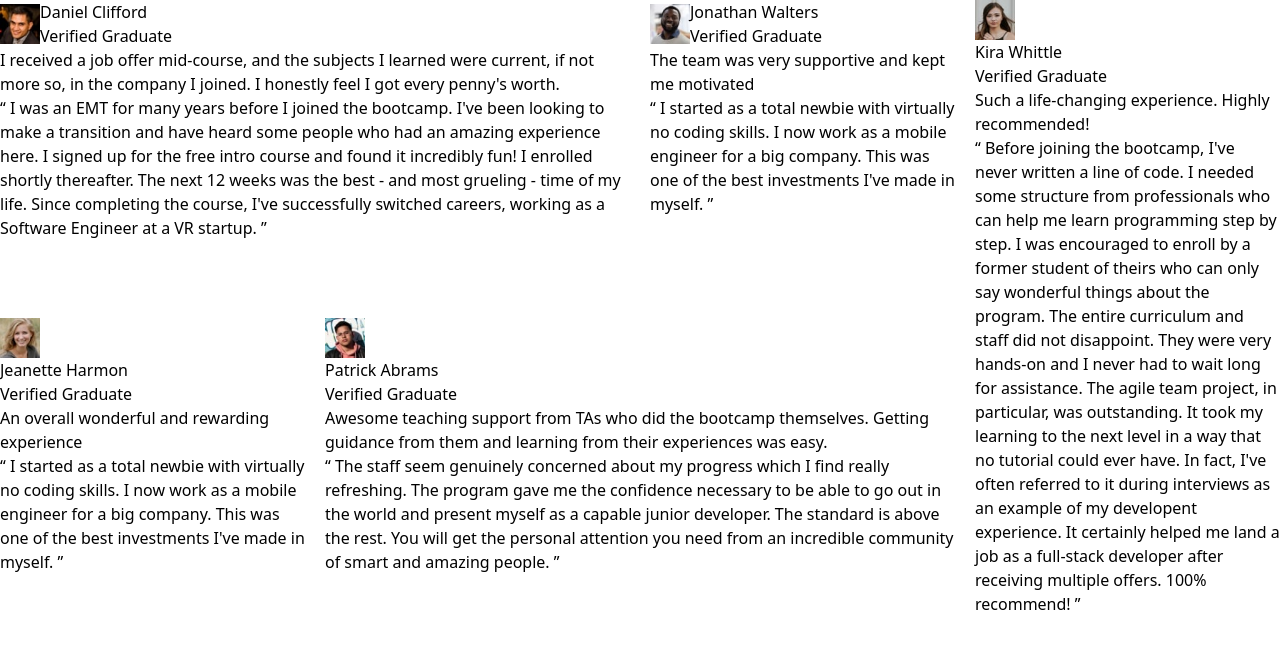
Repository: DiyBookOfLife/ps-FrontendMentor
Page: index.html
An editor plug-in stored every save of this project. The page is shown before and after a run of saves, followed by the edit.
The browser window is 1280 px wide. The pictures show the whole page.
Some web libraries are served in a nearby version.

Above is the page before, as saved 2026-01-02 13:36:17.

After the next 2 saves:
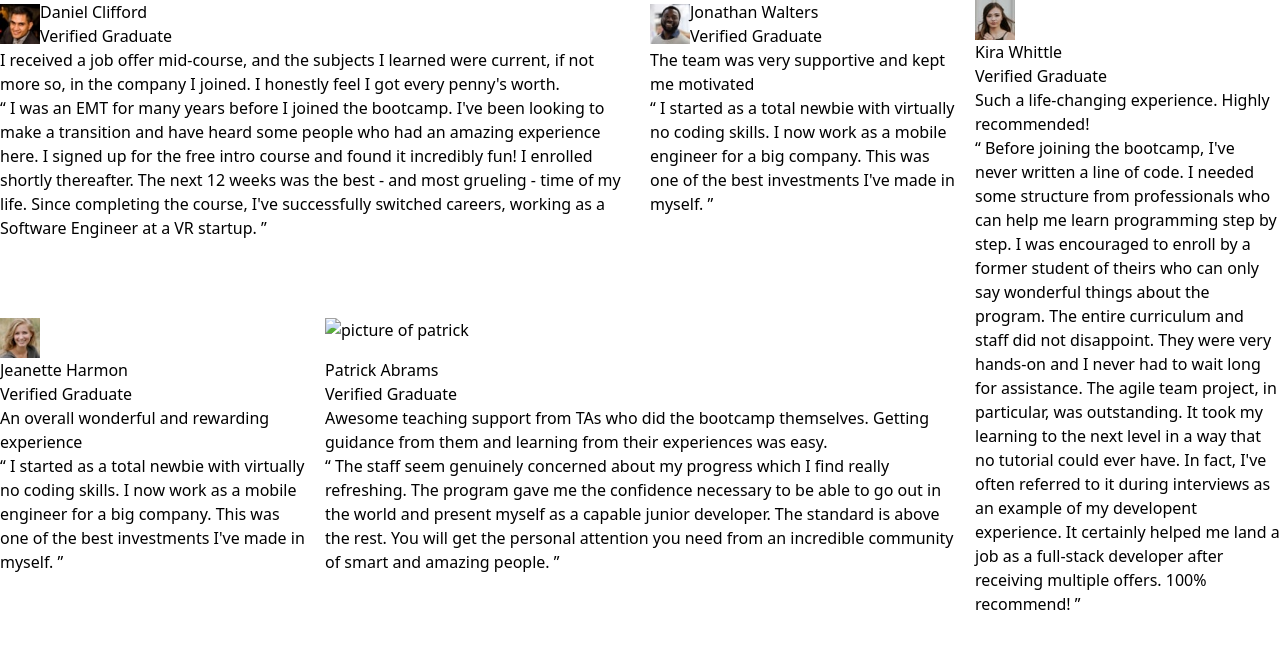
The 2 saves are shown as one change because they came seconds apart.
The last was saved 34 s later.
--- a/index.html
+++ b/index.html
@@ -89,7 +89,7 @@
 
       <div class="col-start-2 col-end-4">
         <div class="col-start-1 col-end-3">
-          <img class="h-[40px]" src="./images/image-patrick.jpg" alt="picture of patrick">
+          <img class="h-[40px] src="./images/image-patrick.jpg" alt="picture of patrick">
           <div class="flex flex-col justify-center">
             <div>Patrick Abrams</div>
             <div>Verified Graduate</div>

After the save that followed:
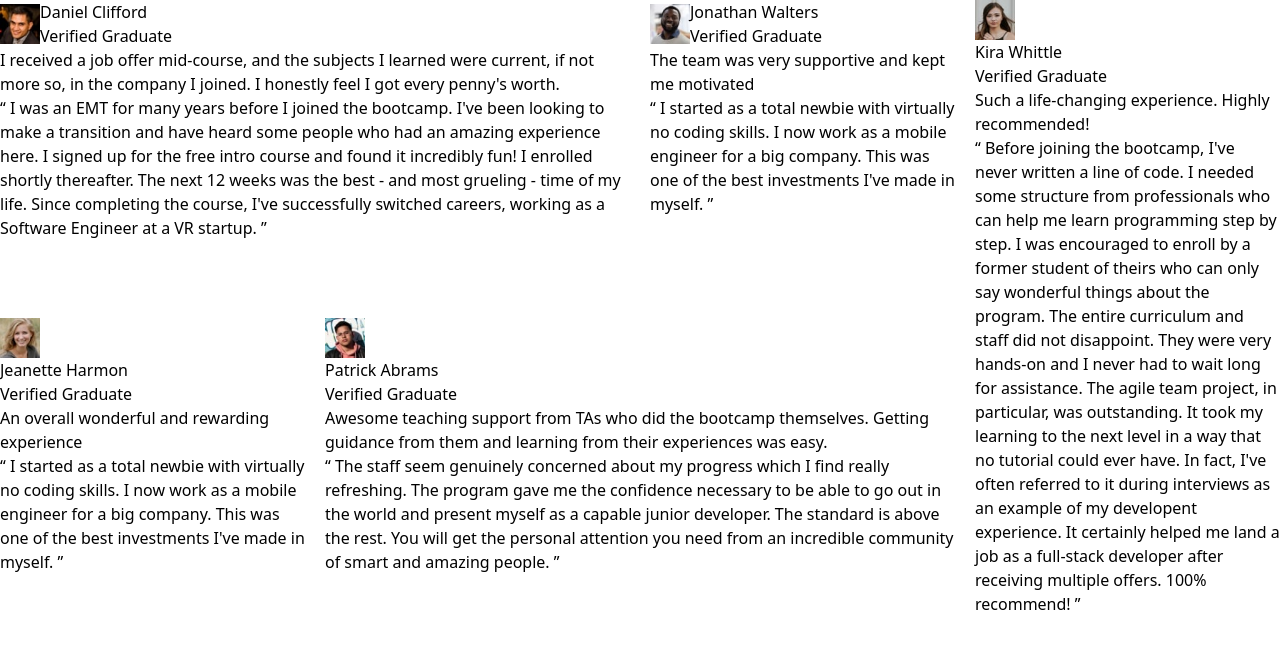
Saved 5 s later.
--- a/index.html
+++ b/index.html
@@ -89,7 +89,7 @@
 
       <div class="col-start-2 col-end-4">
         <div class="col-start-1 col-end-3">
-          <img class="h-[40px] src="./images/image-patrick.jpg" alt="picture of patrick">
+          <img class="h-[40px]" src="./images/image-patrick.jpg" alt="picture of patrick">
           <div class="flex flex-col justify-center">
             <div>Patrick Abrams</div>
             <div>Verified Graduate</div>
